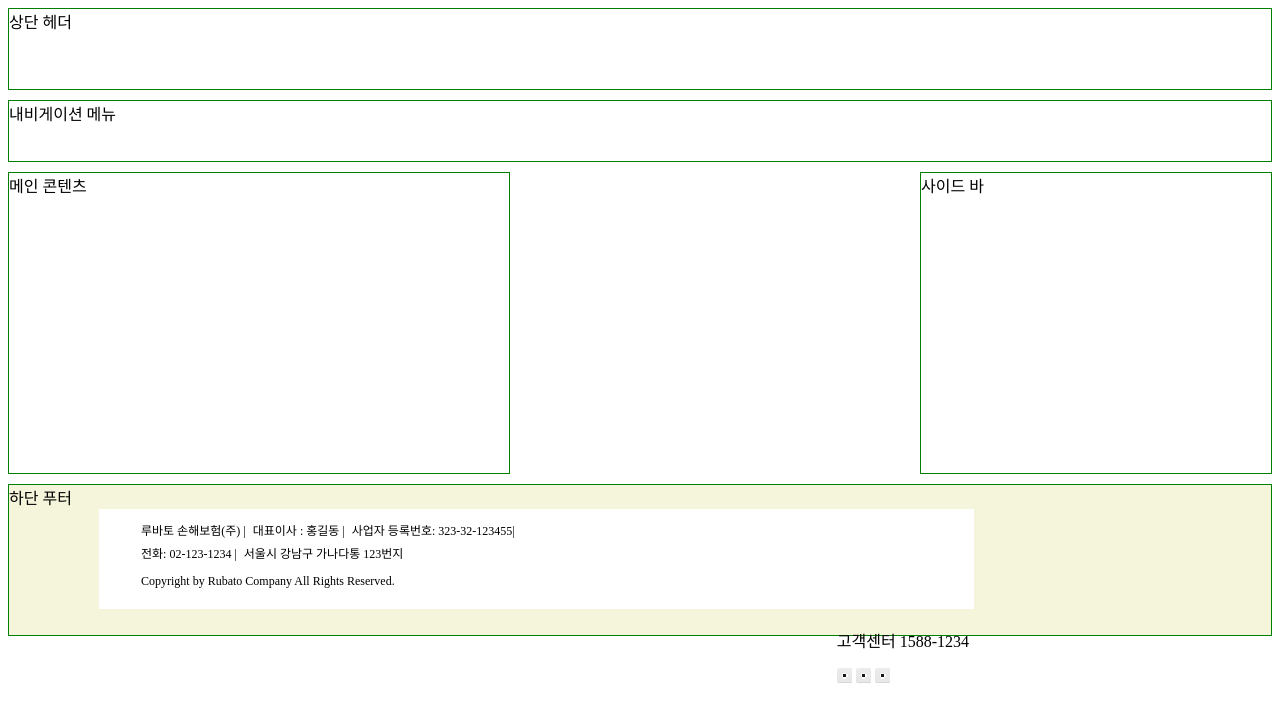
Repository: woosungtae/html_css
Page: pro01/public/a3.html
The author's editor kept a copy of each file at every save. The page is drawn from the files as they stood at one save, then again after the next save.
The browser window is 1280 px wide. The pictures show the whole page.

Above is the page before, as saved 2022-12-14 05:43:59.

### pro01/public/a3.html
<!DOCTYPE html>
<html lang="en">
<head>
<meta charset="UTF-8">
<title>3번시험</title>
<style>
    header {
    border : 1px solid green;
    height: 80px;
    margin-bottom: 10px;
        }
   #address {
    width: 600px;
    font-size: 12px;
      }
   #address ul {
    list-style-type :none;
    float: left;
    margin-bottom : 0;
        }
   #address li {
     display: inline;
     padding: 2px;
        }
    #customer {
     float: right;
     margin-top:50px;
     margin-right: 5px;

        }
     nav {
      border : 1px solid green;
      height: 60px;
      margin-bottom: 10px;
        }
   .content {
      display: inline;
      height: 300px;
        }
    section {
      border: 1px solid green;
      height: 300px;
      width: 500px;
      float: left;
      margin-right: 20px;
      margin-bottom: 10px;
        }
    aside {
     border: 1px solid green;
     height: 300px;
     width: 350px;
     float: right;
        }
    footer {
     border: 1px solid green;
     height: 150px;
     clear: both;
     background-color: beige;
      }
    #contain{
    width: 875px;
    height: 100px;
    display: inline-block;
    background-color:white;
    margin-left: 90px;
        }
   #sec1{
    margin-top:5px;
        }



    </style>
</head>
<body>
    <header>
      <div>상단 헤더</div>
    </header>
    <nav>
       <div>내비게이션 메뉴</div>
    </nav>
    <div id="content">
        <section>
         <div>메인 콘텐츠</div>
        </section>
        <aside>
            <div>사이드 바</div>
        </aside>
    </div>
    <footer>
        <div>
           하단 푸터
        </div>
        <div id="contain">
            <div id="address">
                <ul>
                    <li> 루바토 손해보험(주) |   </li>
                    <li>대표이사 : 홍길동 |</li>
                    <li>사업자 등록번호: 323-32-123455|</li>
                </ul>
                <ul id="sec1">
                    <li>전화: 02-123-1234 |</li>
                    <li>서울시 강남구 가나다통 123번지</li>

                </ul>
                <ul>
                    <li>Copyright by Rubato Company All Rights Reserved.</li>
                </ul>

            </div>
            <div id="customer">
               <p>고객센터 1588-1234</p>
                <img src="images/dot.png">
                <img src="images/dot.png">
                <img src="images/dot.png">
            </div>
        </div>
    </footer>
</body>
</html>

After the next save:
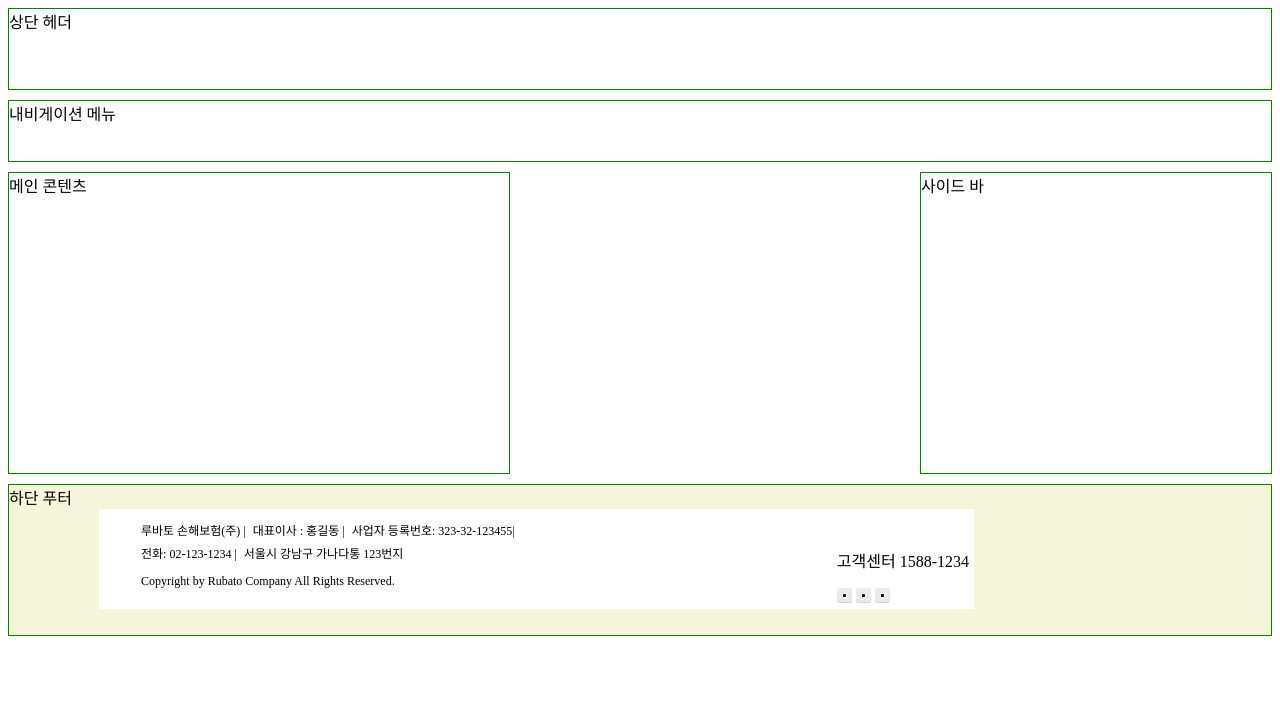
Saved 6 s later.
--- a/pro01/public/a3.html
+++ b/pro01/public/a3.html
@@ -24,7 +24,7 @@
         }
     #customer {
      float: right;
-     margin-top:50px;
+     margin-top:-30px;
      margin-right: 5px;
 
         }
